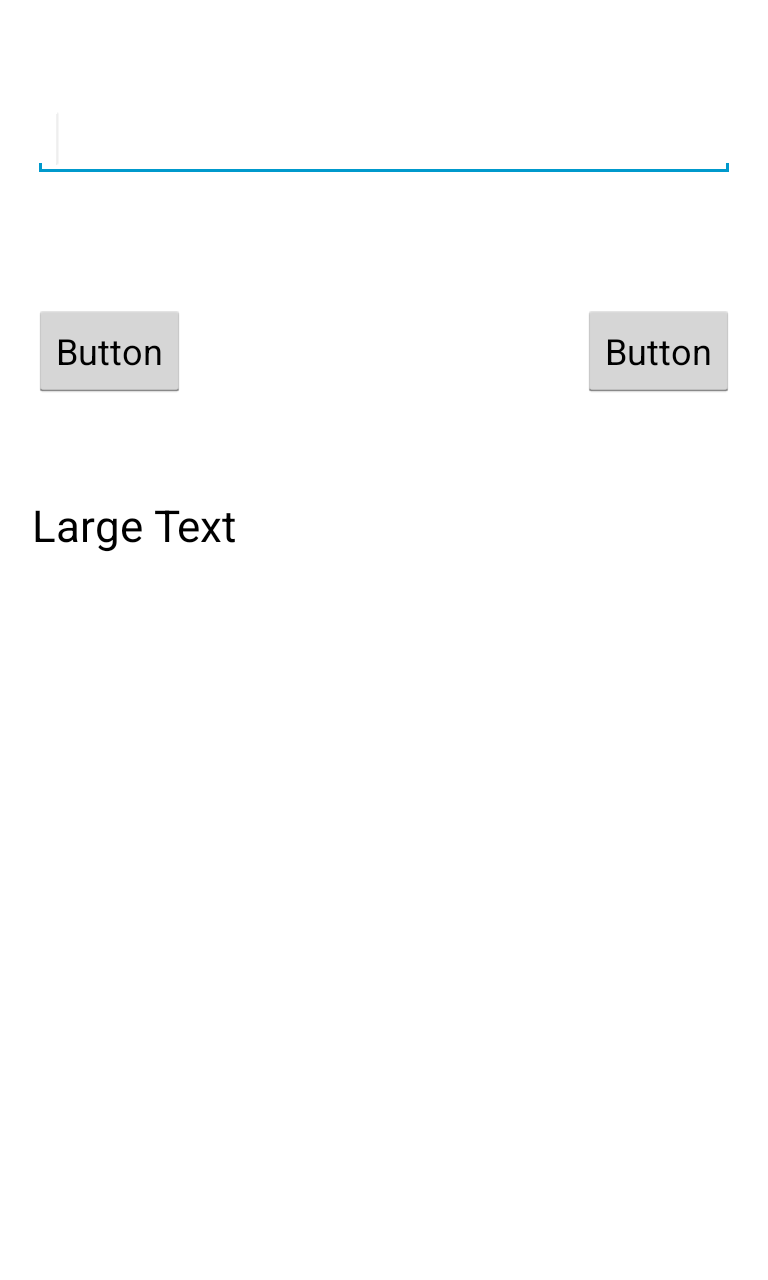
Repository: MadhuHS/JECM3
Layout: InternalStorage/res/layout/activity_main.xml
These files come from the project's save history. The layout is drawn as it stood at one moment and after the next save; the edit follows.
It is drawn on a 768 x 1280 px phone screen (xhdpi) without system bars, with theme AppTheme; the app's code is not run.

Above is the layout before, as saved 2015-12-19 03:04:38.

### InternalStorage/res/layout/activity_main.xml
<RelativeLayout xmlns:android="http://schemas.android.com/apk/res/android"
    xmlns:tools="http://schemas.android.com/tools"
    android:layout_width="match_parent"
    android:layout_height="match_parent"
    android:paddingBottom="@dimen/activity_vertical_margin"
    android:paddingLeft="@dimen/activity_horizontal_margin"
    android:paddingRight="@dimen/activity_horizontal_margin"
    android:paddingTop="@dimen/activity_vertical_margin"
    tools:context=".MainActivity" >

    <EditText
        android:id="@+id/editText1"
        android:layout_width="wrap_content"
        android:layout_height="wrap_content"
        android:layout_alignParentLeft="true"
        android:layout_alignParentRight="true"
        android:layout_alignParentTop="true"
        android:layout_marginTop="34dp"
        android:ems="10" >

        <requestFocus />
    </EditText>

    <Button
        android:id="@+id/button2"
        android:layout_width="wrap_content"
        android:layout_height="wrap_content"
        android:layout_alignBottom="@+id/button1"
        android:layout_alignRight="@+id/editText1"
        android:text="Button" />

    <Button
        android:id="@+id/button1"
        android:layout_width="wrap_content"
        android:layout_height="wrap_content"
        android:layout_alignLeft="@+id/editText1"
        android:layout_below="@+id/editText1"
        android:layout_marginTop="62dp"
        android:text="Button" />

    <TextView
        android:id="@+id/textView1"
        android:layout_width="wrap_content"
        android:layout_height="wrap_content"
        android:layout_alignLeft="@+id/button1"
        android:layout_alignParentBottom="true"
        android:layout_alignParentRight="true"
        android:layout_below="@+id/button1"
        android:layout_marginTop="48dp"
        android:text="Large Text"
        android:textAppearance="?android:attr/textAppearanceLarge" />

</RelativeLayout>

Loaded but not shown: InternalStorage/res/values/styles.xml (common file); InternalStorage/res/values-v11/styles.xml (common file); InternalStorage/res/values-v14/styles.xml (common file); InternalStorage/res/values/dimens.xml (common file)

After the next save:
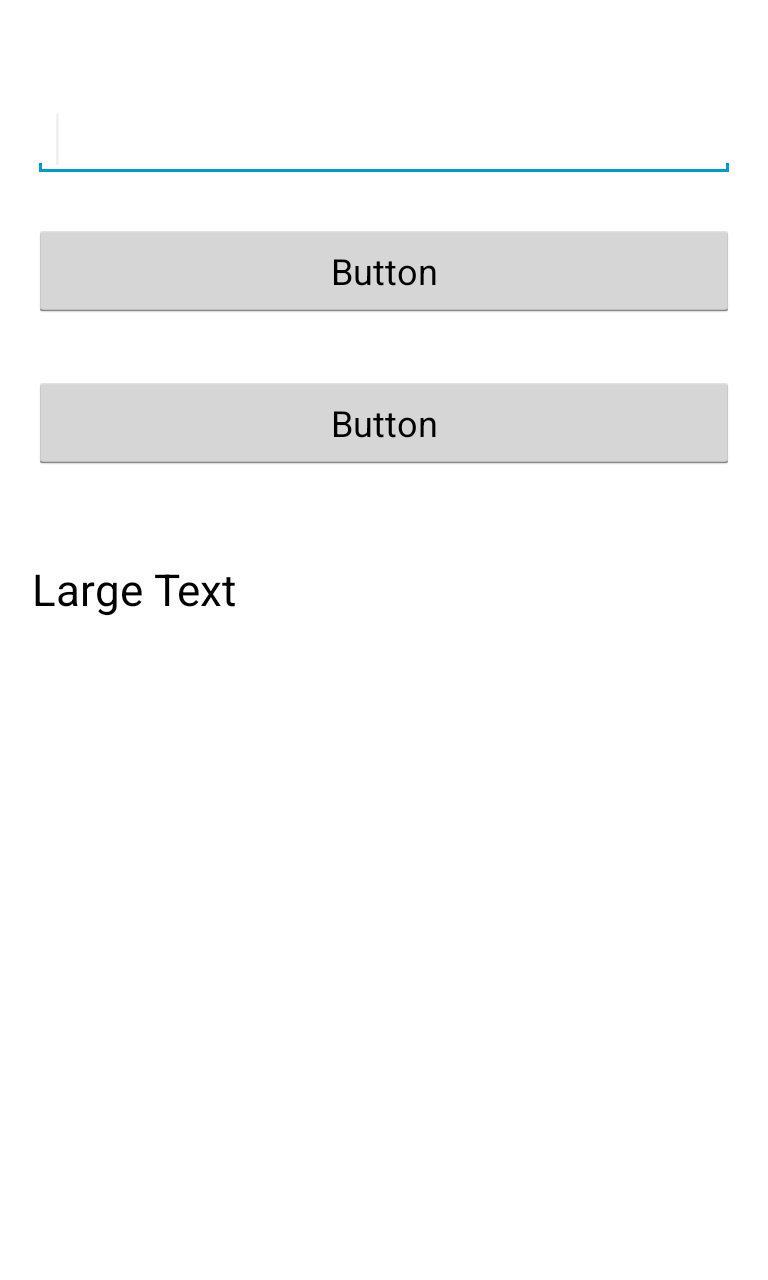
Saved 74 s later.
--- a/InternalStorage/res/layout/activity_main.xml
+++ b/InternalStorage/res/layout/activity_main.xml
@@ -22,31 +22,34 @@
     </EditText>
 
     <Button
+        android:id="@+id/button1"
+        android:layout_width="wrap_content"
+        android:layout_height="wrap_content"
+        android:layout_alignLeft="@+id/button2"
+        android:layout_alignRight="@+id/editText1"
+        android:layout_below="@+id/editText1"
+        android:layout_marginTop="22dp"
+        android:text="Button" />
+
+    <Button
         android:id="@+id/button2"
         android:layout_width="wrap_content"
         android:layout_height="wrap_content"
-        android:layout_alignBottom="@+id/button1"
+        android:layout_alignLeft="@+id/editText1"
         android:layout_alignRight="@+id/editText1"
-        android:text="Button" />
-
-    <Button
-        android:id="@+id/button1"
-        android:layout_width="wrap_content"
-        android:layout_height="wrap_content"
-        android:layout_alignLeft="@+id/editText1"
-        android:layout_below="@+id/editText1"
-        android:layout_marginTop="62dp"
+        android:layout_below="@+id/button1"
+        android:layout_marginTop="28dp"
         android:text="Button" />
 
     <TextView
         android:id="@+id/textView1"
         android:layout_width="wrap_content"
         android:layout_height="wrap_content"
-        android:layout_alignLeft="@+id/button1"
+        android:layout_alignLeft="@+id/button2"
         android:layout_alignParentBottom="true"
-        android:layout_alignParentRight="true"
-        android:layout_below="@+id/button1"
-        android:layout_marginTop="48dp"
+        android:layout_alignRight="@+id/button2"
+        android:layout_below="@+id/button2"
+        android:layout_marginTop="44dp"
         android:text="Large Text"
         android:textAppearance="?android:attr/textAppearanceLarge" />
 
